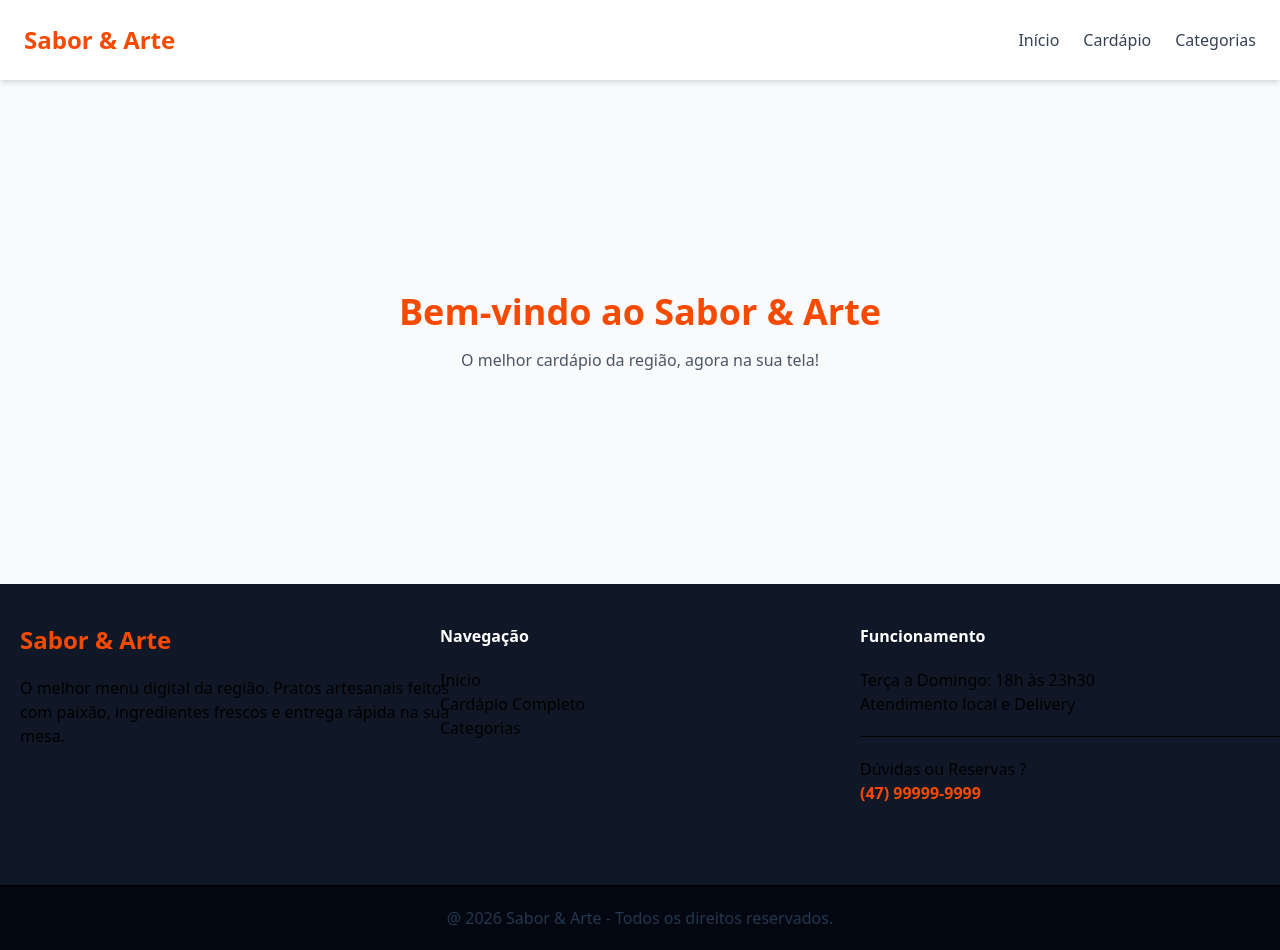
Repository: DiegoWWeege/pair-programming-next-js
Page: / (app in next-js-project/)
An editor plug-in stored every save of this project. The page is shown before and after a run of saves, followed by the edit.
The browser window is 1280 px wide. The pictures show the whole page.
The project was rebuilt for these pictures with package versions that can differ from the ones it lists, and the page was loaded fresh each time. The framework's server and built-in components were replaced by stand-ins that run in the browser. Also part of the build but not shown: next-js-project/next.config.ts.

Above is the page before, as saved 2026-09-18 18:55:20.

### next-js-project/src/app/layout.tsx
import type { Metadata } from "next";
import "./globals.css";
import {Inter, Montserrat} from "next/font/google"
import NavBar from "@/components/NavBar";
import Footer from "@/components/Footer";

const inter = Inter({subsets: ["latin"], variable : "--font-inter"});

const montserrat = Montserrat({ subsets: ["latin"], variable: "--font-montserrat"})

export const metadata: Metadata = {
  title: "Menu Digital - Restaurante",
  description: "Desenvolvido por Diego e Cherpinski",
};

export default function RootLayout({ children }: LayoutProps<"/">) {
  return (
    <html
      lang="pt-br"
    >
      <body className="bg-gray-50 antialiased">
        <NavBar></NavBar>
        {children}
        <Footer/>

      </body>
    </html>
  );
}

### next-js-project/src/app/page.tsx
import Image from "next/image";
import Footer from "../components/Footer";
import NavBar from "@/components/NavBar";

export default function Home() {
  return (
    <div>
      <main className="flex flex-col items-center justify-center min-h-[70vh]">
        <h1 className="text-4xl font-bold text-orange-600 ">Bem-vindo ao Sabor & Arte</h1>
        <p className="mt-4 text-gray-600">O melhor cardápio da região, agora na sua tela!</p>
      </main>
    </div>
  );
}

### next-js-project/src/components/NavBar.tsx
import Link from "next/link";


export default function NavBar(){

    return (
        <nav className="flex items-center justify-between p-6 bg-white shadow-md">
            <h2 className="text-2xl font-bold text-orange-600">Sabor & Arte</h2>

            <div className="flex gap-6">
                <Link href= "/" className="text-gray-700 hover:text-orange-600 font-medium">Início</Link>

                <Link href= "/cardapio" className="text-gray-700 hover:text-orange-600 font-medium">Cardápio</Link>

                <Link href= "/categorias" className="text-gray-700 hover:text-orange-600 font-medium">Categorias</Link>
            </div>

        </nav>
    );
}

### next-js-project/src/components/Footer.tsx
import Link from "next/link"

export default function Footer(){

    return(

        <footer>
           <div className="grid grid-cols-3 bg pl-5 bg-[#101828] pt-10 pb-20">
                <div>
                    <h2 className="font-bold text-orange-600 text-2xl mb-5 ">
                        Sabor & Arte
                    </h2>

                    <p className="w-110 ">
                        O melhor menu digital da região. Pratos artesanais feitos com
                        paixão, ingredientes frescos e entrega rápida na sua mesa.
                    </p>
                </div>

                <div>
                    <h3 className = "text-white font-bold mb-5">
                        Navegação
                    </h3>

                    <Link className = "block" href="/">Inicio</Link>
                    <Link className = "block" href="/cardapio">Cardápio Completo</Link>
                    <Link className = "block" href="/categorias">Categorias</Link>
                </div>

                <div>
                    <h3 className="text-white font-bold mb-5">
                        Funcionamento
                    </h3>

                    <p className="mb-5 w-60">
                        Terça a Domingo: 18h às 23h30
                        Atendimento local e Delivery
                    </p>

                    <hr />

                    <p className="mt-5">
                        Dúvidas ou Reservas ?
                    </p>

                    <strong className="text-orange-600">
                        (47) 99999-9999
                    </strong>
                </div>

           </div>

            <hr />

           <div className = "flex items-center justify-center p-5 bg-[#030712]">
                    <p className="text-[#25374E]">
                        @ 2026 Sabor & Arte - Todos os direitos reservados.
                    </p>
            </div>
        </footer>
    )

}

Loaded but not shown: next-js-project/src/app/globals.css (common file)

After the next 8 saves:
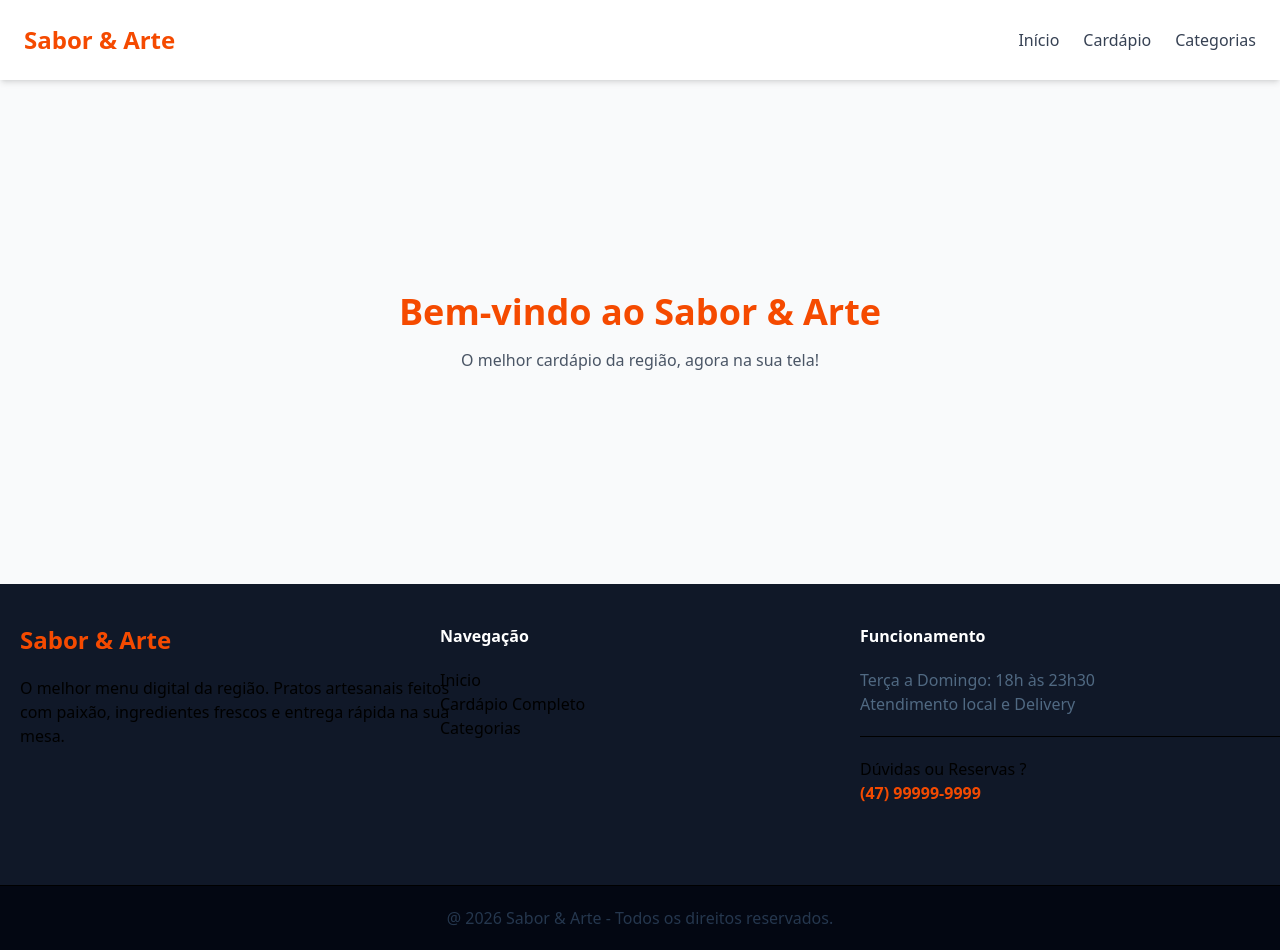
The 8 saves are shown as one change because they came seconds apart.
The last was saved 37 s later.
--- a/next-js-project/src/components/Footer.tsx
+++ b/next-js-project/src/components/Footer.tsx
@@ -32,7 +32,7 @@ export default function Footer(){
                         Funcionamento
                     </h3>
 
-                    <p className="mb-5 w-60">
+                    <p className="mb-5 w-60 text-[#506982]">
                         Terça a Domingo: 18h às 23h30
                         Atendimento local e Delivery
                     </p>
